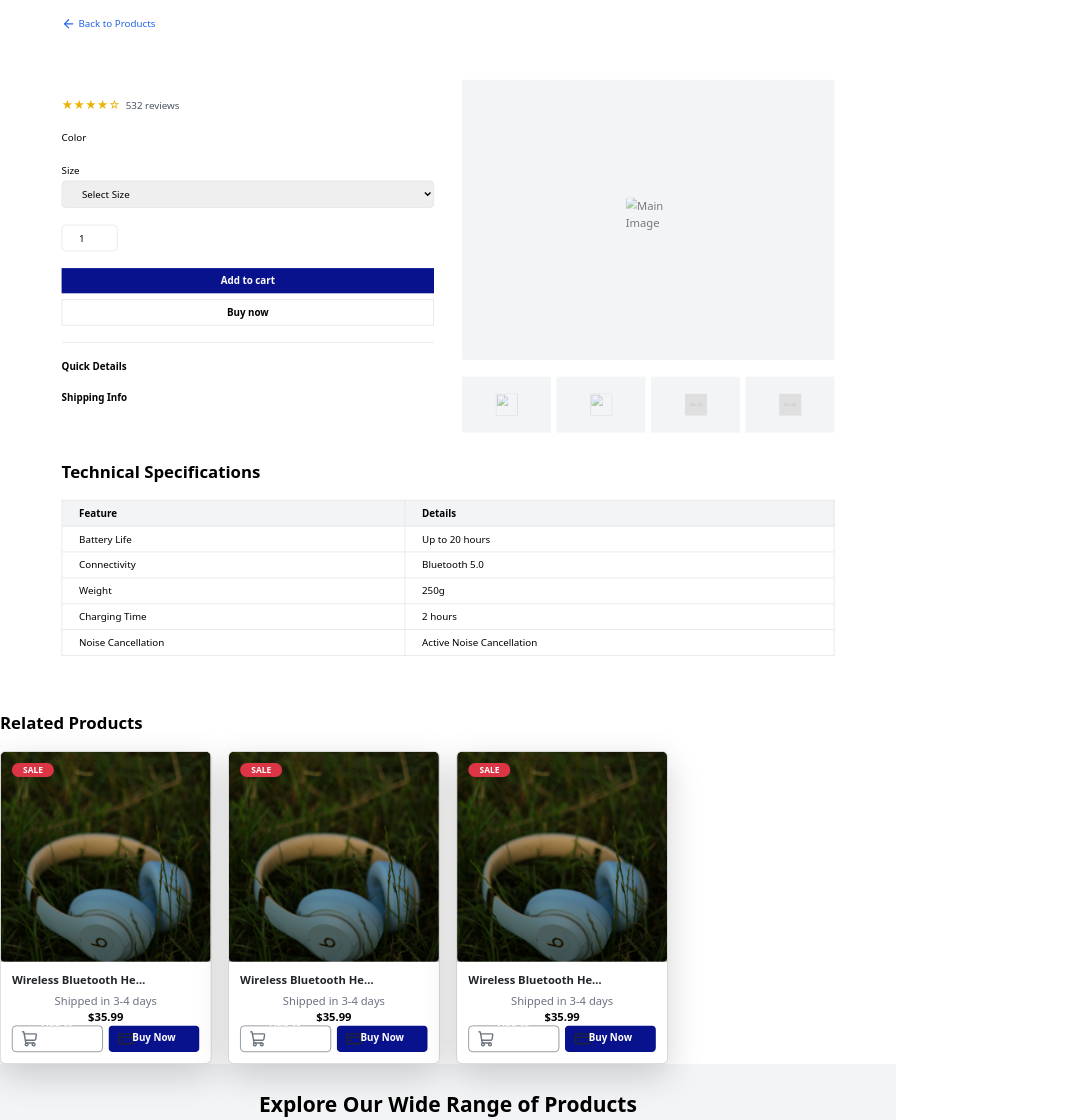
Repository: Davidobi21/macelect
Page: frontend/pages/productpage.html
An editor plug-in stored every save of this project. The page is shown before and after the next save, followed by the edit.
The browser window is 1280 px wide. The page is 1557 px wide, so the pictures cover 1557 px, including what lies to the right of the window. The pictures show the part of the page from y = 0 to 1600 px (the page is 2174 px tall), at 70% of full size.
The page's requests for data from a server got no answer. Some web libraries are served in a nearby version.

Above is the page before, as saved 2025-04-25 07:39:09.

### frontend/pages/productpage.html
<!DOCTYPE html>
<html lang="en">
<head>
  <meta charset="UTF-8">
  <title>Product Page</title>
  <meta name="viewport" content="width=device-width, initial-scale=1">
  <link rel="stylesheet" href="../css/style.css">
  <!-- Tailwind CSS -->
  <script src="https://cdn.jsdelivr.net/npm/lucide@latest/dist/umd/lucide.min.js"></script>
  <link href="https://cdn.jsdelivr.net/npm/bootstrap@5.3.0-alpha1/dist/css/bootstrap.min.css" rel="stylesheet">
  <script src="https://cdn.tailwindcss.com"></script>
  <!-- jQuery -->
  <script src="https://code.jquery.com/jquery-3.6.4.min.js"></script>
  <script src="../js/pjs.js" defer></script>
</head>
<body class="bg-white text-black">

  <!-- Back Button -->
  <div class="max-w-6xl mx-auto px-4 py-4">
    <a href="./products.html" class="inline-flex items-center text-sm font-medium text-blue-600 hover:underline">
      <i data-lucide="arrow-left" class="h-5 w-5 mr-1"></i>
      Back to Products
    </a>
  </div>

  <div class="max-w-6xl mx-auto px-4 py-10">
    <div class="grid md:grid-cols-2 gap-10">

      <!-- Left Section: Product Info -->
      <div>
        <h1 class="text-3xl font-bold mb-2"></h1>
        <p class="product-category text-sm text-gray-600 mb-4"></p>

        <p class="product-price text-2xl font-semibold mb-2"></p>
        <div class="flex items-center mb-4">
          <div class="text-yellow-500 mr-2">
            ★★★★☆
          </div>
          <p class="text-sm text-gray-600">532 reviews</p>
        </div>

        <!-- Color Options -->
        <div class="mb-4">
          <p class="text-sm font-medium mb-1">Color</p>
          <div class="flex space-x-2 color-options"></div>
        </div>

        <!-- Size Dropdown -->
        <div class="mb-4">
          <p class="text-sm font-medium mb-1">Size</p>
          <select class="w-full border border-gray-300 rounded px-4 py-2 text-sm size-dropdown">
            <option value="">Select Size</option>
          </select>
        </div>

        <!-- Quantity -->
        <div class="mb-4">
          <input type="number" value="1" min="1" class="w-20 border border-gray-300 rounded px-4 py-2 text-sm">
        </div>

        <!-- Buttons -->
        <div class="mb-6">
          <button class="w-full bg-[#09128d] text-white py-2 text-sm font-semibold mb-2 hover:bg-[#55555500] text-[#000000] transition">Add to cart</button>
          <button class="w-full border border-gray-400 py-2 text-sm font-semibold hover:bg-gray-100 transition">Buy now</button>
        </div>

        <!-- Details -->
        <div class="border-t pt-4">
          <h2 class="font-semibold text-sm mb-1">Quick Details</h2>
          <p class="text-sm text-gray-700 mb-4 quick-details"></p>

          <h2 class="font-semibold text-sm mb-1 cursor-pointer">Shipping Info</h2>
          <p class="text-sm text-gray-700 shipping-info"></p>
        </div>
      </div>

      <!-- Right Section: Images -->
      <div>
        <div class="w-full h-[400px] bg-gray-100 flex items-center justify-center mb-4">
          <img src="" class="main-product-image w-16 h-16 opacity-50" alt="Main Image">
        </div>

        <!-- Thumbnails -->
        <div class="grid grid-cols-4 gap-2">
          <div class="h-20 bg-gray-100 flex items-center justify-center">
            <img src="" class="thumbnail w-8 h-8 opacity-50" alt="">
          </div>
          <div class="h-20 bg-gray-100 flex items-center justify-center">
            <img src="" class="thumbnail w-8 h-8 opacity-50" alt="">
          </div>
          <div class="h-20 bg-gray-100 flex items-center justify-center">
            <img src="https://via.placeholder.com/50" class="w-8 h-8 opacity-50" alt="">
          </div>
          <div class="h-20 bg-gray-100 flex items-center justify-center">
            <img src="https://via.placeholder.com/50" class="w-8 h-8 opacity-50" alt="">
          </div>
        </div>
      </div>
    </div>

    <!-- Technical Specifications Table -->
    <div class="mt-10"></div>
      <h2 class="text-2xl font-bold mb-4">Technical Specifications</h2>
      <table class="w-full border border-gray-300 text-sm">
        <thead>
          <tr class="bg-gray-100">
            <th class="border border-gray-300 px-4 py-2 text-left">Feature</th>
            <th class="border border-gray-300 px-4 py-2 text-left">Details</th>
          </tr>
        </thead>
        <tbody>
          <tr>
            <td class="border border-gray-300 px-4 py-2">Battery Life</td>
            <td class="border border-gray-300 px-4 py-2">Up to 20 hours</td>
          </tr>
          <tr>
            <td class="border border-gray-300 px-4 py-2">Connectivity</td>
            <td class="border border-gray-300 px-4 py-2">Bluetooth 5.0</td>
          </tr>
          <tr>
            <td class="border border-gray-300 px-4 py-2">Weight</td>
            <td class="border border-gray-300 px-4 py-2">250g</td>
          </tr>
          <tr>
            <td class="border border-gray-300 px-4 py-2">Charging Time</td>
            <td class="border border-gray-300 px-4 py-2">2 hours</td>
          </tr>
          <tr>
            <td class="border border-gray-300 px-4 py-2">Noise Cancellation</td>
            <td class="border border-gray-300 px-4 py-2">Active Noise Cancellation</td>
          </tr>
        </tbody>
      </table>
    </div>

    <!-- Related Products Section -->
    <div class="mt-10">
      <h2 class="text-2xl font-bold mb-4">Related Products</h2>
      <div class="grid grid-cols-1 sm:grid-cols-2 md:grid-cols-3 lg:grid-cols-4 gap-6">
        <!-- Product Card -->
        <div class="col">
            <div class="card h-100 shadow-lg rounded-lg overflow-hidden position-relative product-card"
            data-name="Wireless Bluetooth Headset"
            data-category="Headphones"
            data-price="35.99">
              <!-- Product Image Swap -->
              <div class="card-img-container position-relative" style="height: 300px;">
                <!-- Main Image -->
                <img src="../images/anna-keibalo-3vdOy66U8KI-unsplash.jpg" class="card-img-top main-img rounded" alt="Wireless Bluetooth Headset" style="height: 100%; object-fit: cover;">

                <!-- Hover Image -->
                <img src="../images/anna-keibalo-zczFCpKyTNc-unsplash.jpg" class="card-img-top hover-img position-absolute top-0 start-0 rounded" alt="Hover Image" style="height: 100%; width: 100%; object-fit: cover;">

                <!-- Optional Gradient Overlay -->
                <div class="overlay position-absolute top-0 bottom-0 start-0 end-0 bg-gradient-to-t from-black opacity-50"></div>
              </div>

              <div class="card-body text-center">
                <h5 class="card-title font-bold text-truncate" style="max-width: 200px;">Wireless Bluetooth Headset</h5>
                <p class="text-gray-500">Shipped in 3-4 days</p>
                <p class="text-black font-bold">$35.99</p>
                <div class="d-flex justify-content-between">
                  <button class="btn btn-outline-secondary flex-grow-1 me-2 position-relative">
                    <i data-lucide="shopping-cart" class="lucide"></i>
                    <span class="btn-label">Add to Cart</span>
                  </button>
                  <button class="btn bg-[#09128d] flex-grow-1 position-relative">
                    <i data-lucide="credit-card" class="lucide"></i>
                    <span class="btn-label">Buy Now</span>
                  </button>
                </div>
              </div>

              <!-- Sale Badge -->
              <div class="badge position-absolute top-0 start-0 m-3 bg-danger text-white rounded-pill px-3 py-1">SALE</div>
            </div>
          </div>
        <!-- Product Card -->
        <div class="col">
            <div class="card h-100 shadow-lg rounded-lg overflow-hidden position-relative product-card"
            data-name="Wireless Bluetooth Headset"
            data-category="Headphones"
            data-price="35.99">
              <!-- Product Image Swap -->
              <div class="card-img-container position-relative" style="height: 300px;">
                <!-- Main Image -->
                <img src="../images/anna-keibalo-3vdOy66U8KI-unsplash.jpg" class="card-img-top main-img rounded" alt="Wireless Bluetooth Headset" style="height: 100%; object-fit: cover;">

                <!-- Hover Image -->
                <img src="../images/anna-keibalo-zczFCpKyTNc-unsplash.jpg" class="card-img-top hover-img position-absolute top-0 start-0 rounded" alt="Hover Image" style="height: 100%; width: 100%; object-fit: cover;">

                <!-- Optional Gradient Overlay -->
                <div class="overlay position-absolute top-0 bottom-0 start-0 end-0 bg-gradient-to-t from-black opacity-50"></div>
              </div>

              <div class="card-body text-center">
                <h5 class="card-title font-bold text-truncate" style="max-width: 200px;">Wireless Bluetooth Headset</h5>
                <p class="text-gray-500">Shipped in 3-4 days</p>
                <p class="text-black font-bold">$35.99</p>
                <div class="d-flex justify-content-between">
                  <button class="btn btn-outline-secondary flex-grow-1 me-2 position-relative">
                    <i data-lucide="shopping-cart" class="lucide"></i>
                    <span class="btn-label">Add to Cart</span>
                  </button>
                  <button class="btn bg-[#09128d] flex-grow-1 position-relative">
                    <i data-lucide="credit-card" class="lucide"></i>
                    <span class="btn-label">Buy Now</span>
                  </button>
                </div>
              </div>

              <!-- Sale Badge -->
              <div class="badge position-absolute top-0 start-0 m-3 bg-danger text-white rounded-pill px-3 py-1">SALE</div>
            </div>
          </div>
        <!-- Product Card -->
        <div class="col">
            <div class="card h-100 shadow-lg rounded-lg overflow-hidden position-relative product-card"
            data-name="Wireless Bluetooth Headset"
            data-category="Headphones"
            data-price="35.99">
              <!-- Product Image Swap -->
              <div class="card-img-container position-relative" style="height: 300px;">
                <!-- Main Image -->
                <img src="../images/anna-keibalo-3vdOy66U8KI-unsplash.jpg" class="card-img-top main-img rounded" alt="Wireless Bluetooth Headset" style="height: 100%; object-fit: cover;">

                <!-- Hover Image -->
                <img src="../images/anna-keibalo-zczFCpKyTNc-unsplash.jpg" class="card-img-top hover-img position-absolute top-0 start-0 rounded" alt="Hover Image" style="height: 100%; width: 100%; object-fit: cover;">

                <!-- Optional Gradient Overlay -->
                <div class="overlay position-absolute top-0 bottom-0 start-0 end-0 bg-gradient-to-t from-black opacity-50"></div>
              </div>

              <div class="card-body text-center">
                <h5 class="card-title font-bold text-truncate" style="max-width: 200px;">Wireless Bluetooth Headset</h5>
                <p class="text-gray-500">Shipped in 3-4 days</p>
                <p class="text-black font-bold">$35.99</p>
                <div class="d-flex justify-content-between">
                  <button class="btn btn-outline-secondary flex-grow-1 me-2 position-relative">
                    <i data-lucide="shopping-cart" class="lucide"></i>
                    <span class="btn-label">Add to Cart</span>
                  </button>
                  <button class="btn bg-[#09128d] flex-grow-1 position-relative">
                    <i data-lucide="credit-card" class="lucide"></i>
                    <span class="btn-label">Buy Now</span>
                  </button>
                </div>
              </div>

              <!-- Sale Badge -->
              <div class="badge position-absolute top-0 start-0 m-3 bg-danger text-white rounded-pill px-3 py-1">SALE</div>
            </div>
          </div>
        </div>
      </div>
    </div>
  </div>
  <footer>
    <section class="py-10 bg-gray-100">
        <div class="container mx-auto text-center">
          <h2 class="text-3xl font-bold mb-4">Explore Our Wide Range of Products</h2>
          <!-- <a href="#" class="btn btn-dark px-4 py-2 rounded-lg">Shop Now →</a> -->
          <div class="grid grid-cols-4 gap-4 mt-10 text-left">
            <!-- Column 1 -->
            <div>
              <h3 class="font-bold text-lg">Discover Top Electronics</h3>
              <p class="text-gray-500 mt-2">davedev©  Copyright - 2025</p>
            </div>
            <!-- Column 2 -->
            <div>
              <h3 class="font-bold text-lg">Quick Links</h3>
              <ul class="mt-2 space-y-1">
                <li><a href="#" class="text-gray-700 hover:underline">Smartphones</a></li>
                <li><a href="#" class="text-gray-700 hover:underline">Laptops</a></li>
                <li><a href="#" class="text-gray-700 hover:underline">TV</a></li>
                <li><a href="#" class="text-gray-700 hover:underline">Accessories</a></li>
              </ul>
            </div>
            <!-- Column 3 -->
            <div>
              <h3 class="font-bold text-lg">Follow Us</h3>
              <ul class="mt-2 space-y-1">
                <li><a href="#" class="text-gray-700 hover:underline">Facebook</a></li>
                <li><a href="#" class="text-gray-700 hover:underline">Twitter</a></li>
                <li><a href="#" class="text-gray-700 hover:underline">Instagram</a></li>
              </ul>
            </div>
            <!-- Column 4 -->
            <div>
              <h3 class="font-bold text-lg">Customer Service</h3>
              <ul class="mt-2 space-y-1">
                <li><a href="#" class="text-gray-700 hover:underline">Contact Us</a></li>
                <li><a href="#" class="text-gray-700 hover:underline">FAQ</a></li>
              </ul>
            </div>
          </div>
          <h1 class=" text-[#09128d] text-[60px] sm:text-[100px] md:text-[180px] lg:text-[250px] xl:text-[300px] font-bold mt-10 text-center leading-none">
            MACELECT
          </h1>

        </div>
      </section>
  </footer>
  <script src="https://cdn.jsdelivr.net/npm/bootstrap@5.3.0-alpha1/dist/js/bootstrap.bundle.min.js"></script>
  <script>
    document.addEventListener("DOMContentLoaded", async () => {
        const urlParams = new URLSearchParams(window.location.search);
        const productId = urlParams.get("id");

        if (!productId) {
            console.error("Product ID not found in the URL.");
            return;
        }

        try {
            // Fetch product details from the backend
            const response = await fetch(`http://localhost:5000/api/products/${productId}`);
            const product = await response.json();

            // Update the product page with the fetched details
            document.querySelector("h1").textContent = product.name;
            document.querySelector(".product-category").textContent = product.category;
            document.querySelector(".product-price").textContent = `$${product.price}`;
            document.querySelector(".main-product-image").src = `http://localhost:5000${product.images[0]}`;

            // Update thumbnails
            const thumbnails = document.querySelectorAll(".thumbnail");
            thumbnails[0].src = `http://localhost:5000${product.images[0]}`;
            if (product.images[1]) {
                thumbnails[1].src = `http://localhost:5000${product.images[1]}`;
            }

            // Update color options
            const colorContainer = document.querySelector(".color-options");
            colorContainer.innerHTML = product.colors.map(color => `
                <button class="px-4 py-2 border border-gray-300 text-sm" style="background-color: ${color};">${color}</button>
            `).join("");

            // Update size options
            const sizeDropdown = document.querySelector(".size-dropdown");
            sizeDropdown.innerHTML = product.sizes.map(size => `
                <option value="${size}">${size}</option>
            `).join("");

            // Update quick details
            const quickDetails = document.querySelector(".quick-details");
            quickDetails.textContent = product.quickDetails;

            // Update shipping info
            const shippingInfo = document.querySelector(".shipping-info");
            shippingInfo.textContent = product.shippingInfo || "N/A";

        } catch (err) {
            console.error("Error fetching product details:", err);
            document.querySelector(".main-content").innerHTML = '<p class="text-danger">Failed to load product details. Please try again later.</p>';
        }
    });
  </script>
</body>
</html>

Loaded but not shown: frontend/js/pjs.js (219 lines, source omitted); frontend/css/style.css (305 lines, source omitted)

After the next save:
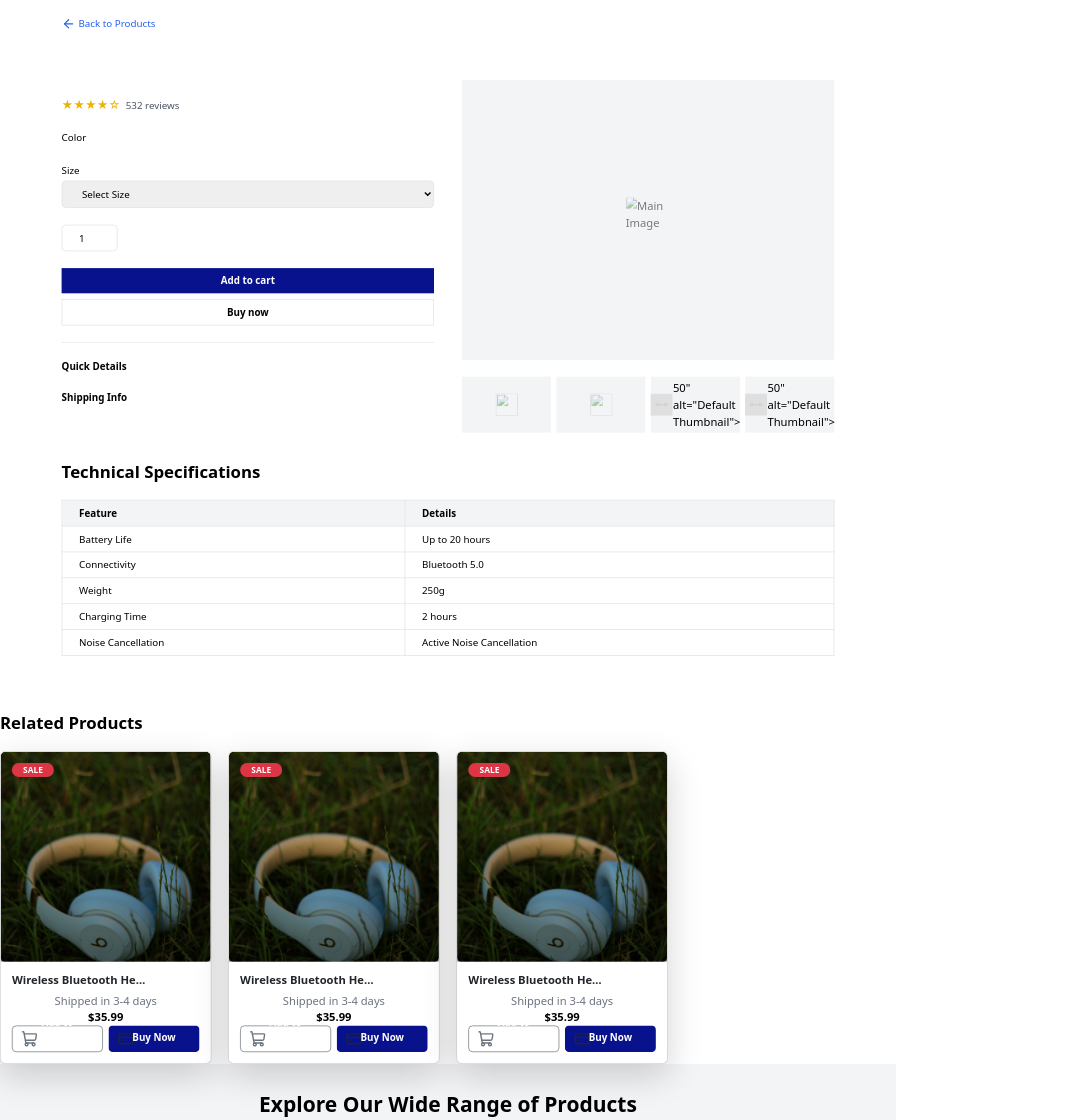
Console error: SyntaxError: Unexpected token '{'
Saved 11 s later.
--- a/frontend/pages/productpage.html
+++ b/frontend/pages/productpage.html
@@ -89,10 +89,10 @@
             <img src="" class="thumbnail w-8 h-8 opacity-50" alt="">
           </div>
           <div class="h-20 bg-gray-100 flex items-center justify-center">
-            <img src="https://via.placeholder.com/50" class="w-8 h-8 opacity-50" alt="">
+            <img src="https://via.placeholder.com/50" class="w-8 h-8 opacity-50" alt="">50" alt="Default Thumbnail">
           </div>
           <div class="h-20 bg-gray-100 flex items-center justify-center">
-            <img src="https://via.placeholder.com/50" class="w-8 h-8 opacity-50" alt="">
+            <img src="https://via.placeholder.com/50" class="w-8 h-8 opacity-50" alt="">50" alt="Default Thumbnail">
           </div>
         </div>
       </div>
@@ -255,6 +255,9 @@
       </div>
     </div>
   </div>
+  <div class="main-content">
+    <!-- Content will be dynamically updated here -->
+  </div>
   <footer>
     <section class="py-10 bg-gray-100">
         <div class="container mx-auto text-center">
@@ -310,51 +313,53 @@
         if (!productId) {
             console.error("Product ID not found in the URL.");
             return;
-        }
+        }lhost:5000/api/products/${productId}`);
 
         try {
-            // Fetch product details from the backend
-            const response = await fetch(`http://localhost:5000/api/products/${productId}`);
-            const product = await response.json();
+            // Fetch product details from the backend            // Fallback for missing images
+            const response = await fetch(`http://localhost:5000/api/products/${productId}`);alhost:5000${product.images[0]}` : "../images/default-main.jpg";
+            const product = await response.json();st:5000${product.images[1]}` : mainImage;
 
             // Update the product page with the fetched details
             document.querySelector("h1").textContent = product.name;
-            document.querySelector(".product-category").textContent = product.category;
-            document.querySelector(".product-price").textContent = `$${product.price}`;
+            document.querySelector(".product-category").textContent = product.category;            document.querySelector(".product-price").textContent = `$${product.price}`;
+            document.querySelector(".product-price").textContent = `$${product.price}`;or(".main-product-image").src = mainImage;
             document.querySelector(".main-product-image").src = `http://localhost:5000${product.images[0]}`;
 
-            // Update thumbnails
+            // Update thumbnailsent.querySelectorAll(".thumbnail");
             const thumbnails = document.querySelectorAll(".thumbnail");
-            thumbnails[0].src = `http://localhost:5000${product.images[0]}`;
-            if (product.images[1]) {
+            thumbnails[0].src = `http://localhost:5000${product.images[0]}`;f (thumbnails[1]) {
+            if (product.images[1]) {                thumbnails[1].src = hoverImage;
                 thumbnails[1].src = `http://localhost:5000${product.images[1]}`;
             }
 
             // Update color options
-            const colorContainer = document.querySelector(".color-options");
-            colorContainer.innerHTML = product.colors.map(color => `
+            const colorContainer = document.querySelector(".color-options");er.innerHTML = product.colors.map(color => `
+            colorContainer.innerHTML = product.colors.map(color => `                <button class="px-4 py-2 border border-gray-300 text-sm" style="background-color: ${color};">${color}</button>
                 <button class="px-4 py-2 border border-gray-300 text-sm" style="background-color: ${color};">${color}</button>
             `).join("");
 
-            // Update size options
-            const sizeDropdown = document.querySelector(".size-dropdown");
-            sizeDropdown.innerHTML = product.sizes.map(size => `
+            // Update size options".size-dropdown");
+            const sizeDropdown = document.querySelector(".size-dropdown");.innerHTML = product.sizes.map(size => `
+            sizeDropdown.innerHTML = product.sizes.map(size => `                <option value="${size}">${size}</option>
                 <option value="${size}">${size}</option>
             `).join("");
 
-            // Update quick details
-            const quickDetails = document.querySelector(".quick-details");
+            // Update quick details            const quickDetails = document.querySelector(".quick-details");
+            const quickDetails = document.querySelector(".quick-details");t = product.quickDetails;
             quickDetails.textContent = product.quickDetails;
 
-            // Update shipping info
-            const shippingInfo = document.querySelector(".shipping-info");
+            // Update shipping info            const shippingInfo = document.querySelector(".shipping-info");
+            const shippingInfo = document.querySelector(".shipping-info");o.textContent = product.shippingInfo || "N/A";
             shippingInfo.textContent = product.shippingInfo || "N/A";
 
-        } catch (err) {
-            console.error("Error fetching product details:", err);
+        } catch (err) {   console.error("Error fetching product details:", err);
+            console.error("Error fetching product details:", err);     document.querySelector(".main-content").innerHTML = '<p class="text-danger">Failed to load product details. Please try again later.</p>';
             document.querySelector(".main-content").innerHTML = '<p class="text-danger">Failed to load product details. Please try again later.</p>';
         }
-    });
-  </script>
-</body>
-</html>
+    });ipt>
+  </script></body>
+
+
+
+</html></body></html>
